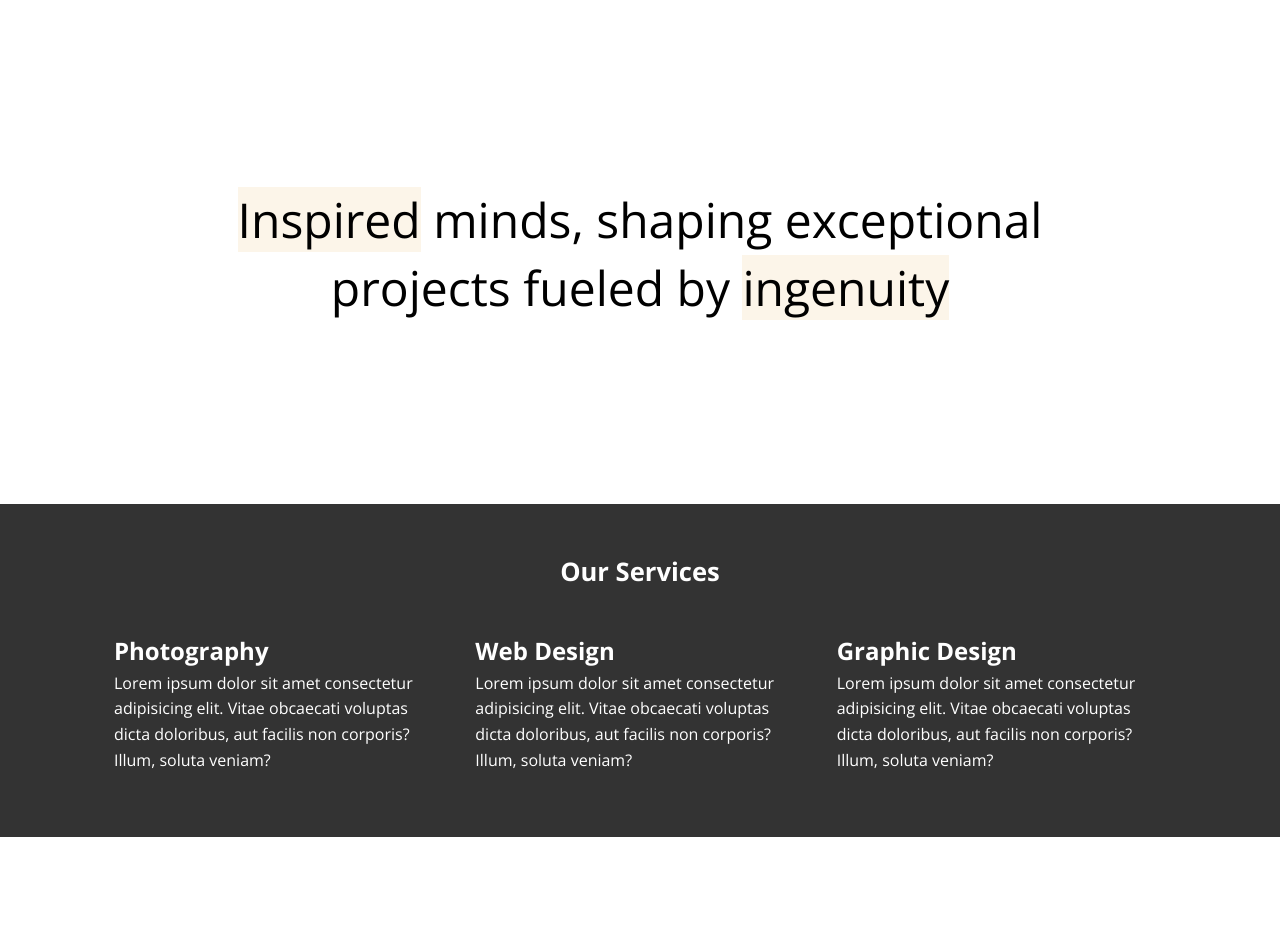
Repository: AchrafAzzaoui/lumina-creative-html-css-project
Page: lumina-creative/about.html
The author's editor kept a copy of each file at every save. The page is drawn from the files as they stood at one save, then again after the next save.
The browser window is 1280 px wide. The pictures show the part of the page from y = 142 to 1088 px (the page is 2584 px tall before and 2472 px after).
A picture or video elsewhere on the page could not be fetched, so the positions and the page height are approximate. Some web libraries are served in a nearby version.

Above is the page before, as saved 2024-08-22 13:34:56.

After the next save:
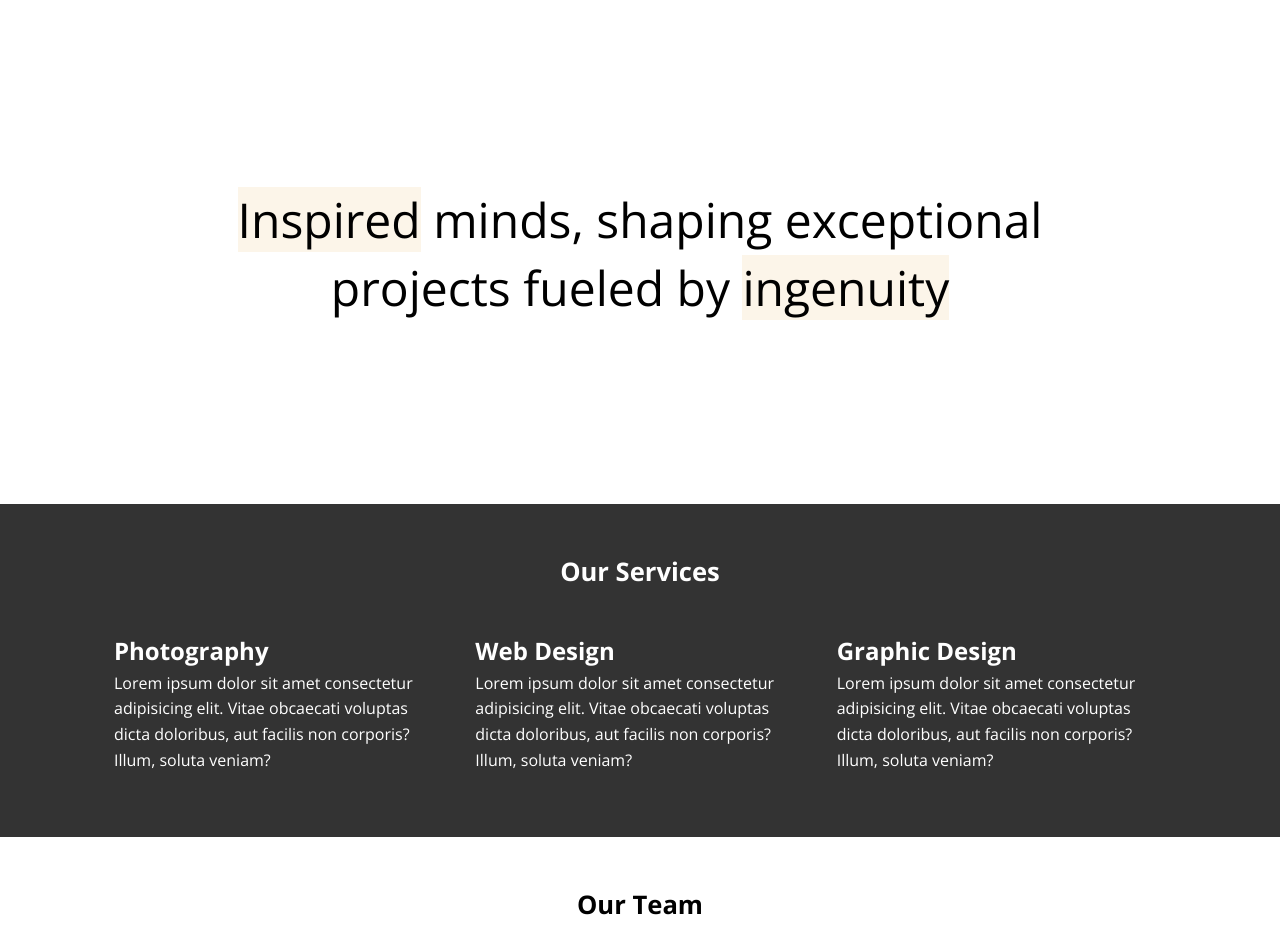
Saved 10 s later.
--- a/lumina-creative/css/styles.css
+++ b/lumina-creative/css/styles.css
@@ -159,7 +159,7 @@ img {
 }
 /* Team */
 .team {
-  padding: 10rem 10px 4rem;
+  padding: 3rem 0px 4rem;
 }
 
 /* Media Queries */
